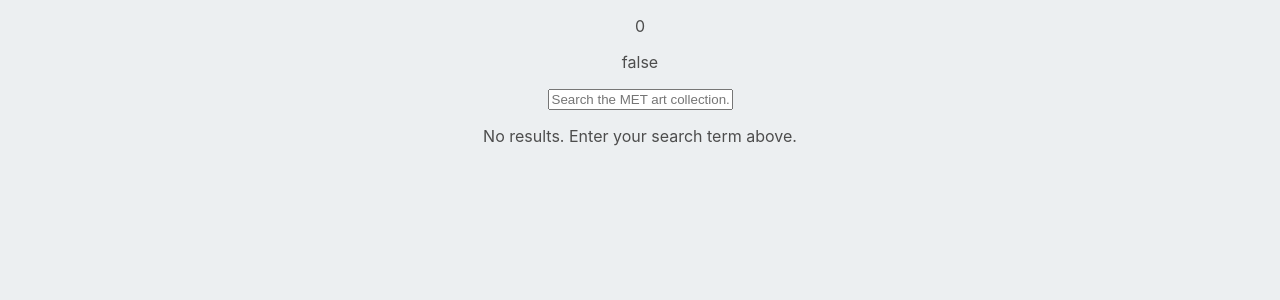
Repository: edulis8/MetSearchTool
Page: /
These files come from the project's save history. The page is drawn as it stood at one moment and after the next save; the edit follows.
The browser window is 1280 px wide. The pictures show the whole page.
The project was rebuilt for these pictures with package versions that can differ from the ones it lists, and the page was loaded fresh each time. Also part of the build but not shown: src/Pokecard.css, src/Pokecard.js, src/Pokedex.js.

Above is the page before, as saved 2020-01-16 12:03:24.

### src/App.js
import React from 'react';
import './App.css';
import Pokedex from './Pokedex';
import PokeGame from './PokeGame';

function App() {
  return (
    <div className="App">
      <PokeGame />
    </div>
  );
}

export default App;

### src/PokeGame.js
import React, { Component } from 'react'
// import Pokedex from './Pokedex';
import Axios from 'axios';
import Pokecard from './Pokecard';
// import './Pokedex.css';
const MET_API_BASE = 'https://collectionapi.metmuseum.org/public/collection/v1';

const debounce = (fn, delay) => {
    let timer = null;
    return function (...args) {
        const context = this;
        timer && clearTimeout(timer);
        timer = setTimeout(() => {
            fn.apply(context, args);
        }, delay);
    };
}


class PokeGame extends Component {
    constructor(props) {
        super(props);
        this.state = {
            objects: [],
            searchTerm: '',
            searching: false
        }
        this.handleSearchInputChanges = this.handleSearchInputChanges.bind(this);
        this.search = debounce(this.search, 300);
    }
    // static defaultProps = {
    //     test: [
    //     ]
    // }
    handleSearchInputChanges(e) {
        const searchTerm = e.target.value;
        this.setState({ searchTerm })
        // console.log(this.state.searchTerm);
        this.search(searchTerm);
    }
    search(searchTerm) {
        console.log('searchTerm state', this.state.searchTerm);
        console.log('searchTerm local', searchTerm);
        this.setState({ objects: [], searching: true })

        Axios.get(`${MET_API_BASE}/search?q=${searchTerm}`).then((response) => {
            // console.log(response.data.objectIDs.slice(0, 20));
            // console.log(response.status, response.statusText);
            console.log('RESPONSE', response);
            if (response.data.objectIDs) {
                const objectIDs = response.data.objectIDs.slice(0, 20);
                objectIDs.forEach((id, idx) => {
                    Axios.get(`${MET_API_BASE}/objects/${id}`).then((response) => {
                        // console.log(idx, response.data);
                        const newObjects = [...this.state.objects, response.data];
                        // newObjects.push(response.data);
                        this.setState({ objects: newObjects, searching: false })
                    })
                });
            } else {
                this.setState({ objects: [], searching: false })
            }
        });
    }
    componentDidMount() {
        console.log('didMount');
    }
    render() {
        return (
            <div className='Pokedex'>
                <p>{this.state.objects.length}</p>
                <p>{this.state.searching.toString()}</p>

                <input type="text" placeholder="Search the MET art collection..." onChange={this.handleSearchInputChanges} />
                <div class="Pokedex-cards">
                    {this.state.objects.map(object =>
                        <div className='Pokedex-cards'>
                            <Pokecard {...object} />
                        </div>

                    )}
                    {!this.state.objects.length && !this.state.searching && <p>No results. Enter your search term above.</p>}
                    {this.state.searching && <p>Searching...</p>}
                </div>
            </div>
        )
    }
}

export default PokeGame;

### src/Pokedex.css
.Pokedex {
    text-align: center;
}
.Pokedex-cards {
    display: flex;
    justify-content: space-evenly;
    flex-wrap: wrap;
}

Loaded but not shown: public/index.html (common file); src/index.js (common file); src/index.css (common file); src/serviceWorker.js (common file); src/App.css (common file)

After the next save:
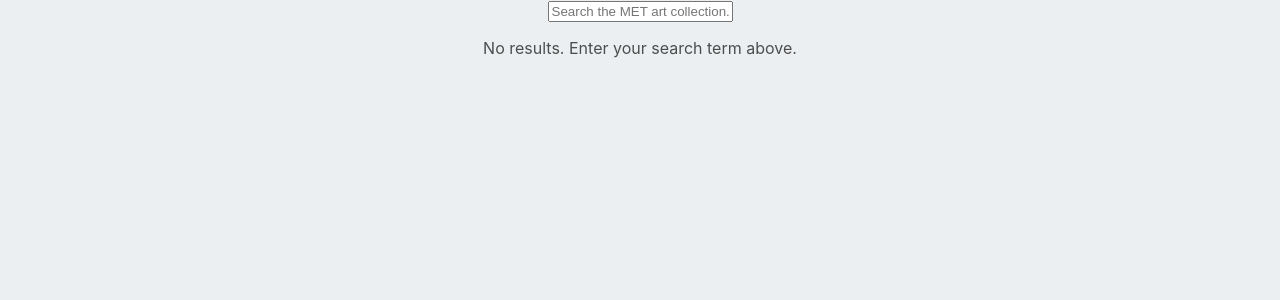
Saved 56 s later.
--- a/src/PokeGame.js
+++ b/src/PokeGame.js
@@ -68,8 +68,8 @@ class PokeGame extends Component {
     render() {
         return (
             <div className='Pokedex'>
-                <p>{this.state.objects.length}</p>
-                <p>{this.state.searching.toString()}</p>
+                {/* <p>{this.state.objects.length}</p> */}
+                {/* <p>{this.state.searching.toString()}</p> */}
 
                 <input type="text" placeholder="Search the MET art collection..." onChange={this.handleSearchInputChanges} />
                 <div class="Pokedex-cards">
